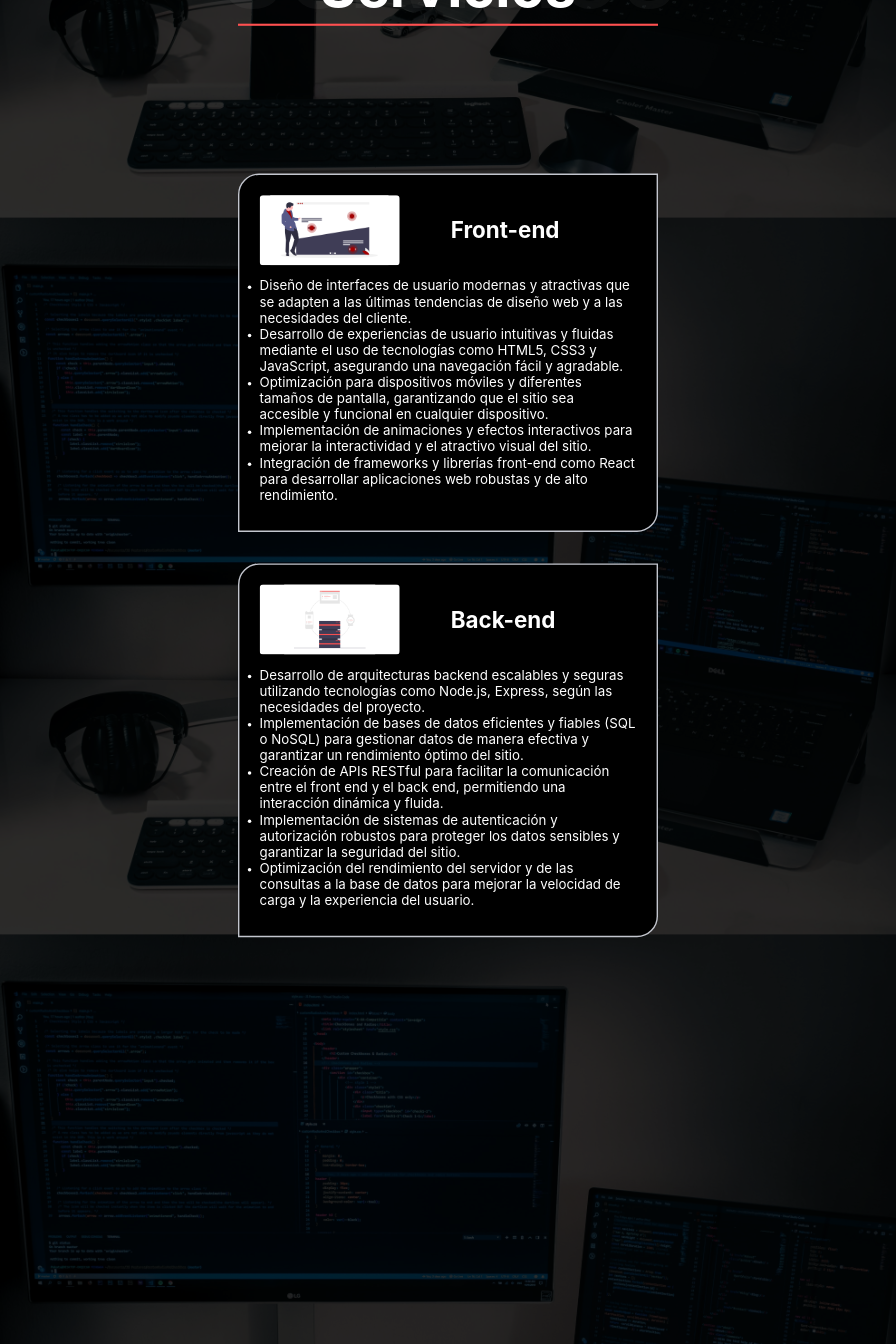
Repository: DamianBermudez94/DB-Porfolio
Page: /
These files come from the project's save history. The page is drawn as it stood at one moment and after the next save; the edit follows.
The browser window is 1280 px wide. The pictures show the part of the page from y = 1737 to 3657 px (the page is 5543 px tall before and 5602 px after), at 70% of full size.
Backgrounds fixed to the window are drawn as part of the page. Some web libraries are served in a nearby version. The project was rebuilt for these pictures with package versions that can differ from the ones it lists, and the page was loaded fresh each time. Also part of the build but not shown: vite.config.js, src/components/Conocimientos/styles.css, src/components/Conocimientos/Conocimientos.jsx, src/pages/AcerdaDe.jsx, src/components/Contacto/styles.css, src/components/Contacto/Contact.jsx, src/pages/contacto.jsx, src/data/trabajos.js and 4 more.

Above is the page before, as saved 2024-04-02 10:00:42.

After the next save:
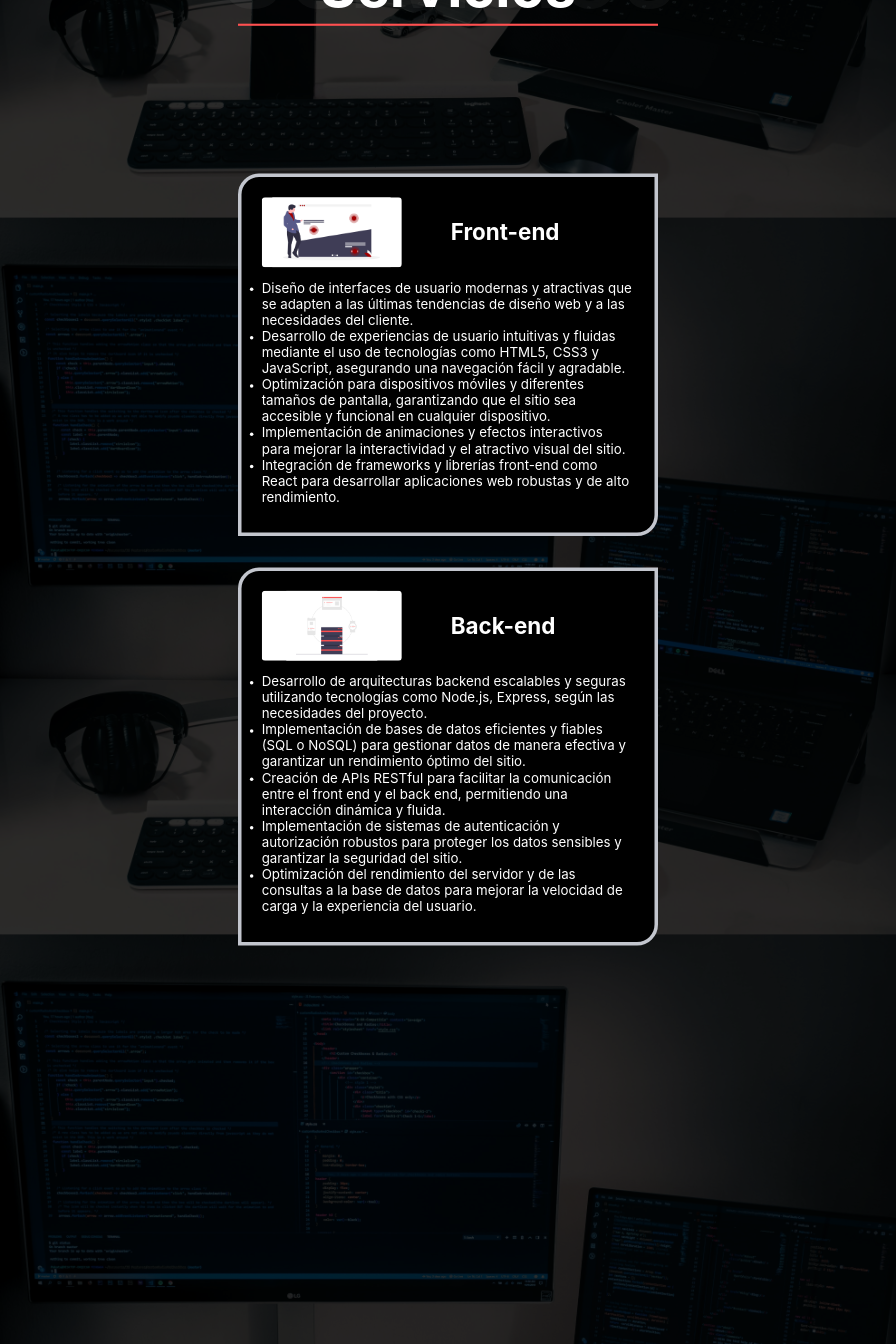
Saved 8 s later.
--- a/src/components/Servicios/styles.css
+++ b/src/components/Servicios/styles.css
@@ -42,7 +42,7 @@
   background-color: rgb(0, 0, 0);
   position: relative;
   padding: 1.8rem;
-  border: 2px solid #c3c6ce;
+  border: 5px solid #c3c6ce;
   border-radius: 30px 0 30px 0;
   transition: 0.5s ease-out;
   cursor: pointer;
